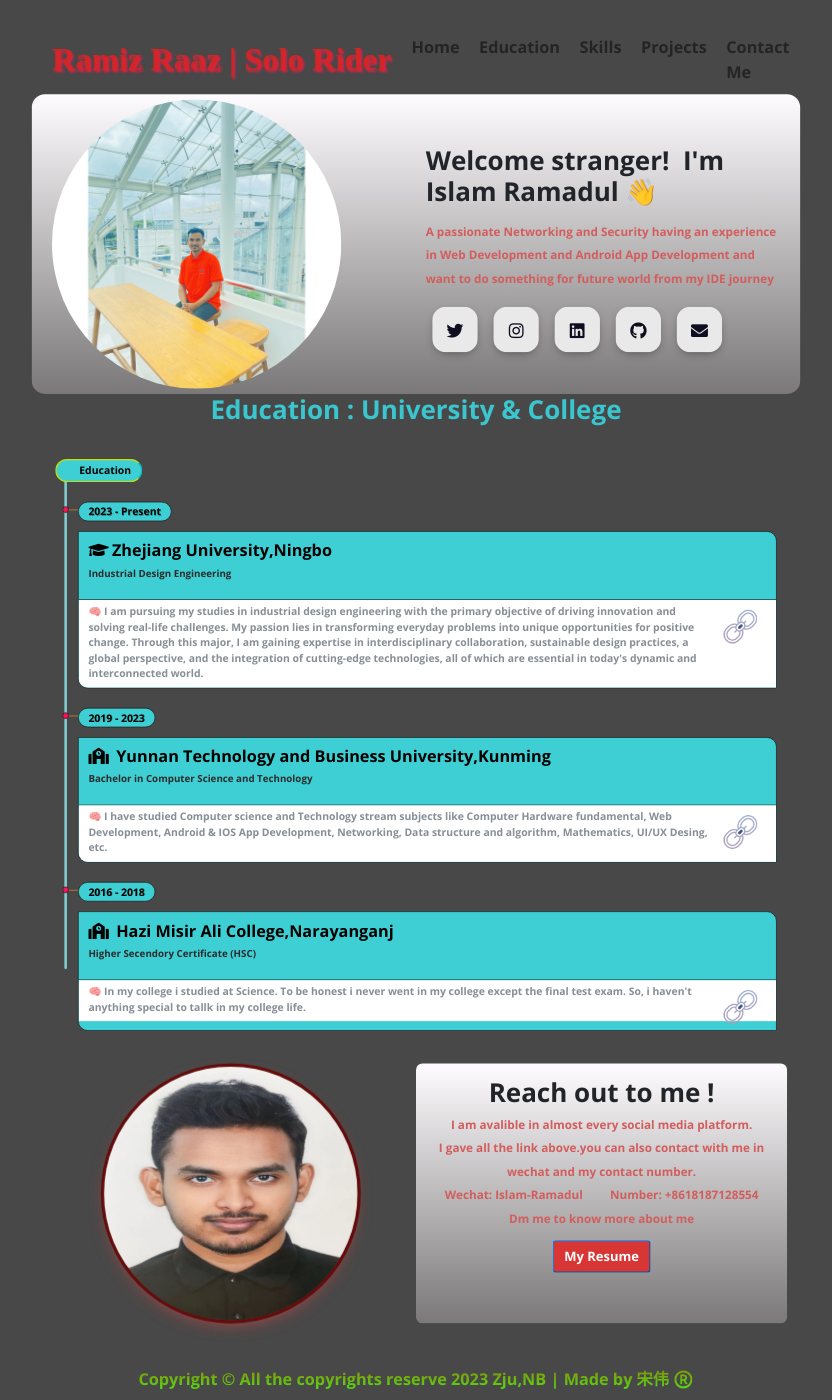
Repository: ramizraaz/ZjuProtfolio
Page: index.html
These files come from the project's save history. The page is drawn as it stood at one moment and after the next save; the edit follows.
The browser window is 1280 px wide. The pictures show the whole page, at 65% of full size.
Some web fonts or font styles are not loaded; a fallback is used. Some web libraries are served in a nearby version.

Above is the page before, as saved 2023-10-08 20:50:07.

After the next save:
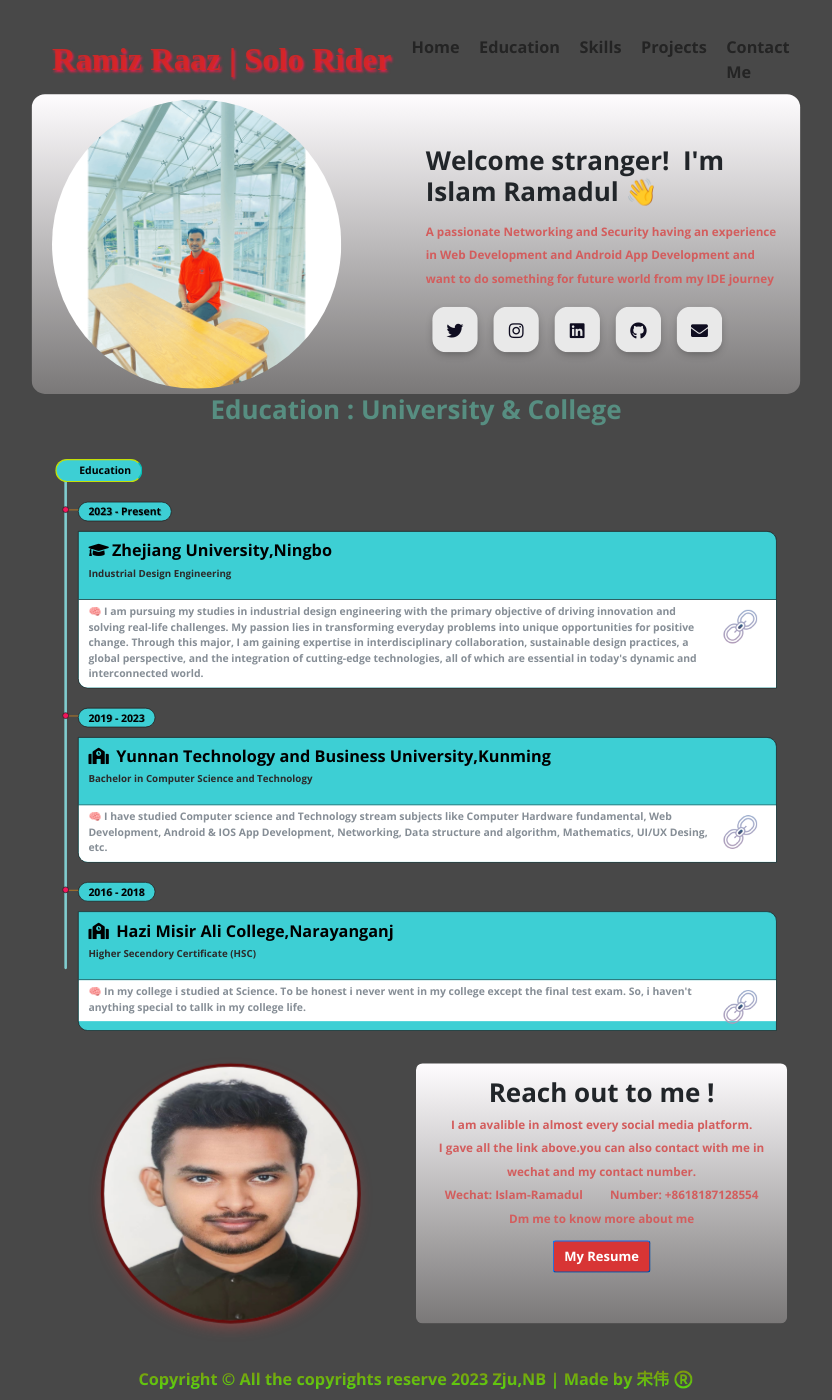
Saved 58 s later.
--- a/style.css
+++ b/style.css
@@ -215,7 +215,7 @@ p {
 
 .Heading {
     text-align: center;
-    color: #3ac6ce;
+    color: #578e81;
 }
 
 .timeline {
